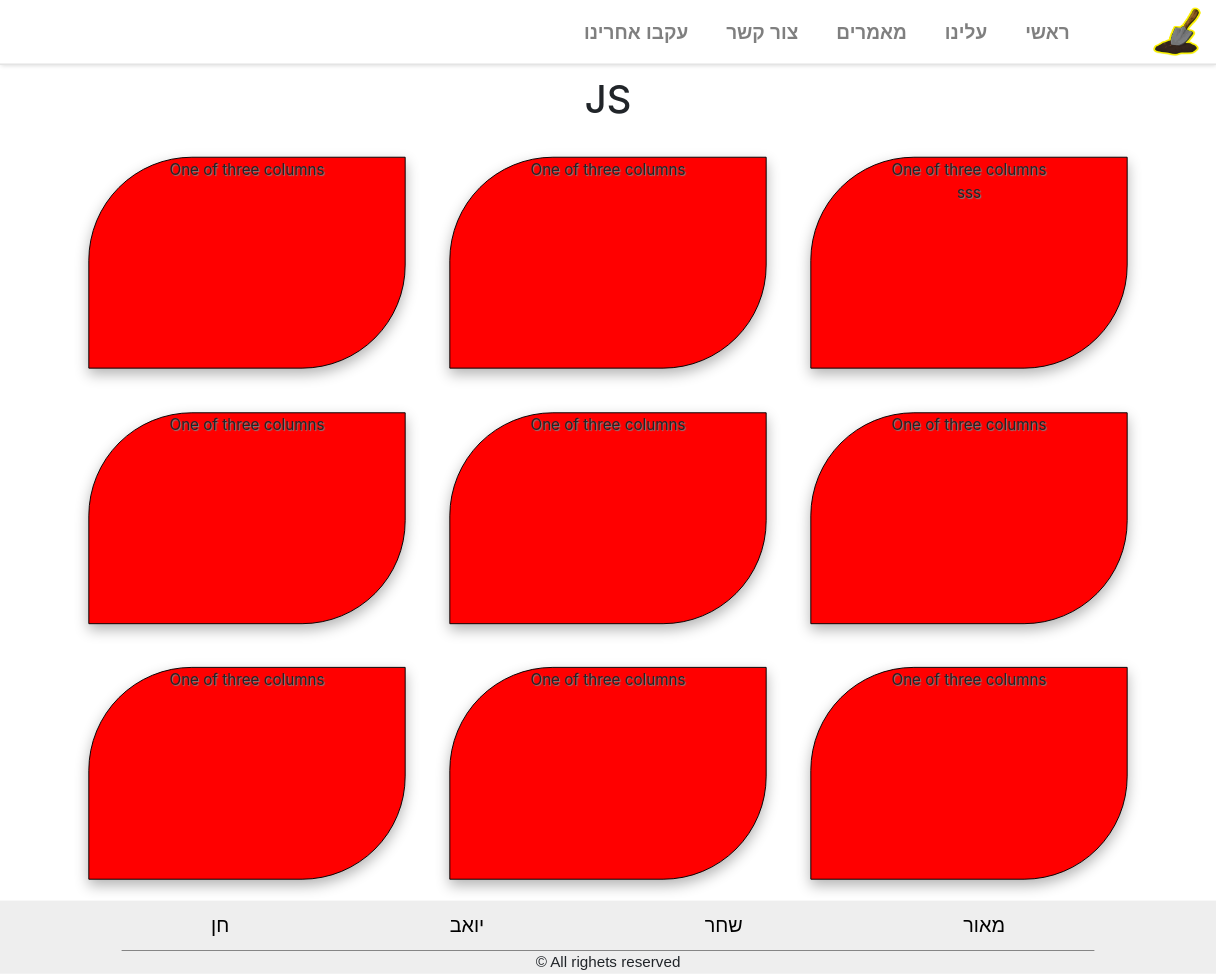
Repository: yoavBenZion/Blog-Zubi
Page: articlesPage.html
The author's editor kept a copy of each file at every save. The page is drawn from the files as they stood at one save, then again after the next save.
The browser window is 1280 px wide. The pictures show the whole page, at 95% of full size.
Some web fonts or font styles are not loaded; a fallback is used. Some web libraries are served in a nearby version.

Above is the page before, as saved 2017-10-26 14:03:34.

After the next save:
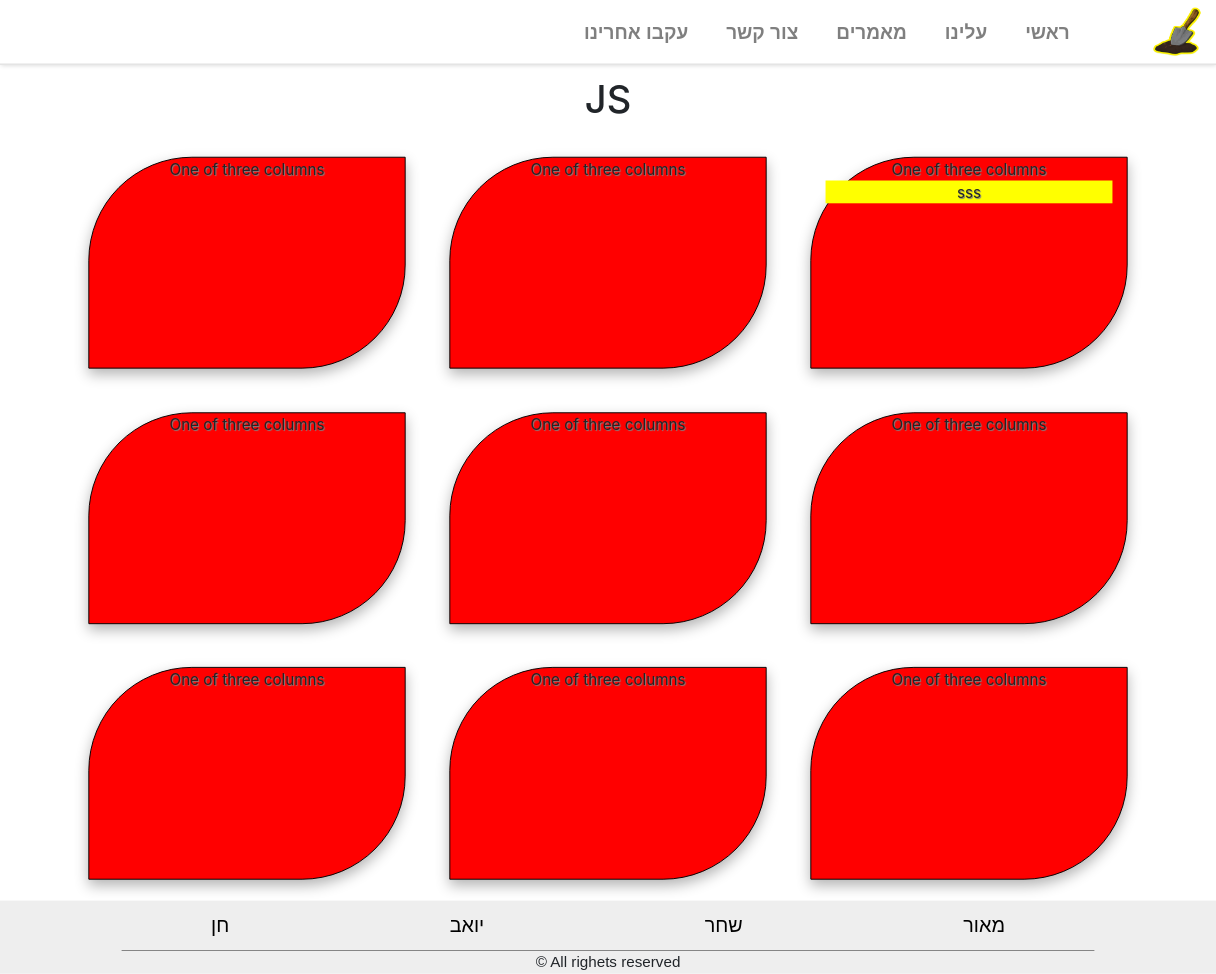
Saved 23 s later.
--- a/css/articlesPage.css
+++ b/css/articlesPage.css
@@ -15,3 +15,7 @@
     box-shadow: 0 6px 15px 0 rgba(0, 1, 1, 0.3);
     border-radius: 109px 0px;
 }
+
+.undercol {
+    background-color: yellow;
+}
